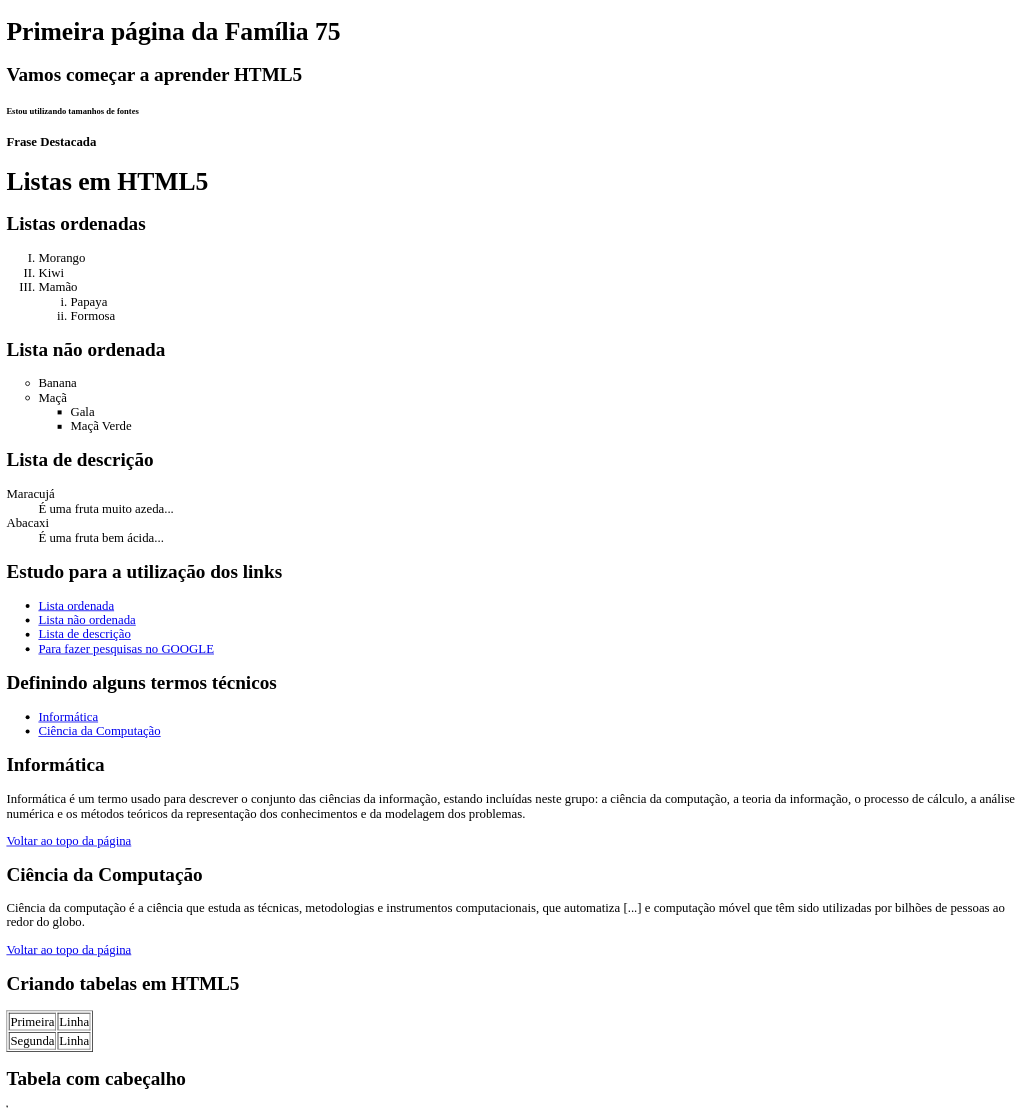
Repository: Thichi99/BootcampGen75
Page: Familia75/index.html
An editor plug-in stored every save of this project. The page is shown before and after a run of saves, followed by the edit.
The browser window is 1280 px wide. The pictures show the whole page, at 80% of full size.

Above is the page before, as saved 2024-07-26 11:39:50.

### Familia75/index.html
<!DOCTYPE html> <!--Estou indicando que é um documento do tipo HTML-->
<html lang="pt-br">
<head>
    <meta charset="UTF-8">
    <meta name="viewport" content="width=device-width, initial-scale=1.0">
    <meta name="author" content="Luís Guerreiro">
    <meta name="description" content="Minha primeira pagina Web -- Olá Mundo!!!">
    <meta name="keywords" content="Pobreza,erradicação,familia">
    <title>Família 75</title>
</head>
<body>
   <h1>Primeira página da Família 75</h1>
   <h2>Vamos começar a aprender HTML5</h2>
   <h6>Estou utilizando tamanhos de fontes</h6>
   <strong>Frase Destacada</strong>
   <h1>Listas em HTML5</h1>
   <h2>Listas ordenadas</h2>
   <ol type="I">
        <li>Morango</li>
        <li>Kiwi</li>
        <li>Mamão
            <ol type="i">
                <li>Papaya</li>
                <li>Formosa</li>
            </ol>
        </li>
   </ol>
   <h2>Lista não ordenada</h2>
   <ul type="circle">
        <li>Banana</li>
        <li>Maçã
            <ul type="square">
                <li>Gala</li>
                <li>Maçã Verde</li>
            </ul>
        </li>
   </ul>
   <h2>Lista de descrição</h2>
   <dl>
        <dt>Maracujá</dt>
        <dd>É uma fruta muito azeda...</dd>
        <dt>Abacaxi</dt>
        <dd>É uma fruta bem ácida...</dd>
   </dl>

   <h2>Estudo para a utilização dos links</h2>
   <ul>
    <li><a href=".\ordenada.html">Lista ordenada</a></li>
    <li><a href=".\naoOrdenada.html">Lista não ordenada</a></li>
    <li><a href=".\listadescricao.html">Lista de descrição</a></li>
    <li><a href="http://google.com" target="_blank">Para fazer pesquisas no GOOGLE</a></li>

   </ul>

   <h2>Definindo alguns termos técnicos</h2>
   <ul>
    <li><a href="#Info1">Informática</a></li>
    <li><a href="#Computação">Ciência da Computação</a></li>
   </ul>
   <a name="Info1" title="Descrição de informática">
    <h2>Informática</h2>
   </a>
   <p>
    Informática é um termo usado para descrever o conjunto das ciências da informação,
estando incluídas neste grupo: a ciência da computação, a teoria da informação, o
processo de cálculo, a análise numérica e os métodos teóricos da representação dos
conhecimentos e da modelagem dos problemas.
   </p>
   <p><a href="#">Voltar ao topo da página</a></p>

   <a name="Computação" title="Ciência da Computação">
    <h2>Ciência da Computação</h2>
   </a>
   <p>
    Ciência da computação é a ciência que estuda as técnicas, metodologias e instrumentos
computacionais, que automatiza [...] e computação móvel que têm sido utilizadas por bilhões de
pessoas ao redor do globo.
   </p>
   <p><a href="#">Voltar ao topo da página</a></p>

   <h2>Criando tabelas em HTML5</h2>
   <table border="1" cellpading="10">
    <tr>
        <td>Primeira</td>
        <td>Linha</td>
    </tr>
    <tr>
        <td>Segunda</td>
        <td>Linha</td>
    </tr>
   </table>

   <h2>Tabela com cabeçalho</h2>
   <table border="1">
    <tr>

    </tr>
   </table>
</body>
</html>

After the next 2 saves:
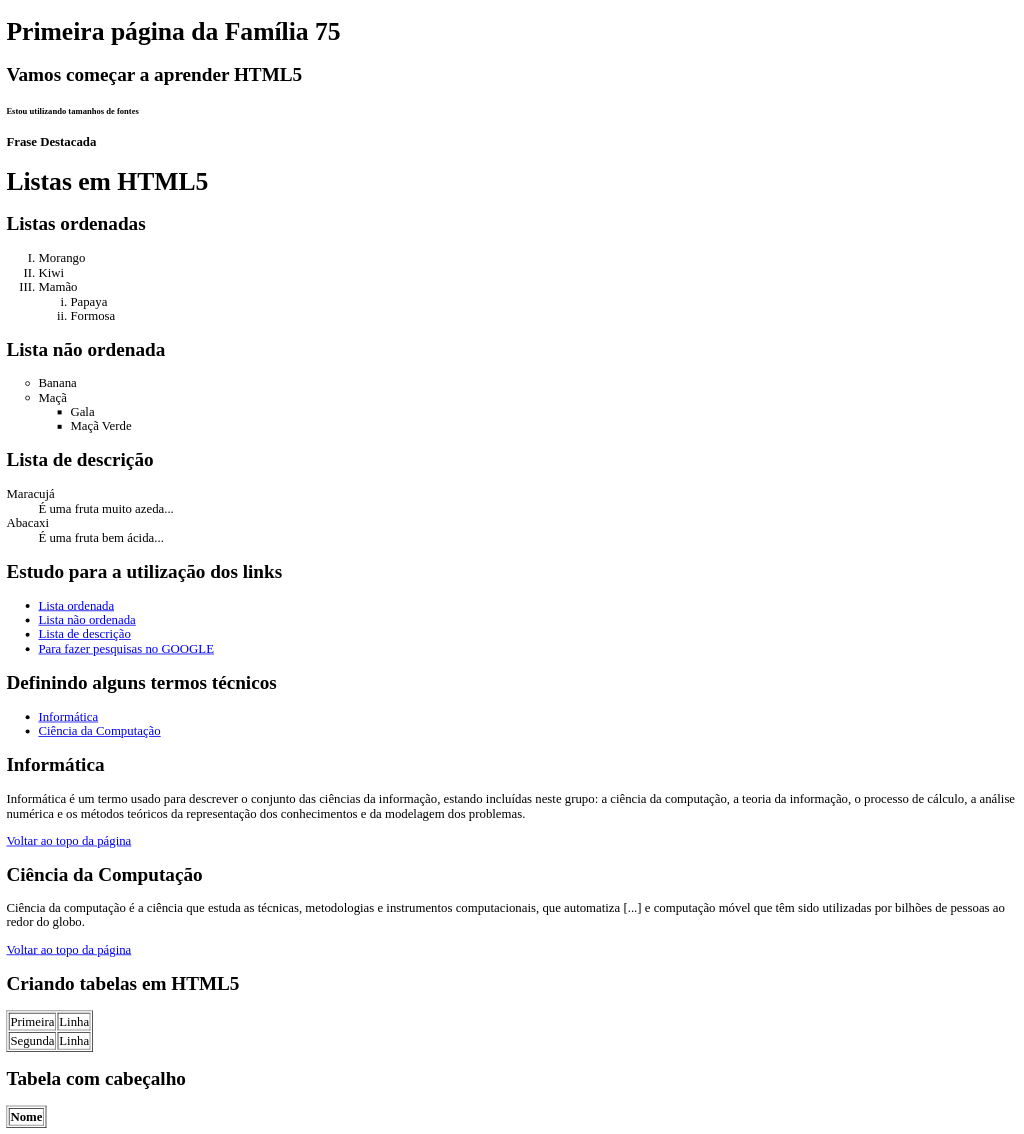
The 2 saves are shown as one change because they came seconds apart.
The last was saved 15 s later.
--- a/Familia75/index.html
+++ b/Familia75/index.html
@@ -93,7 +93,7 @@
    <h2>Tabela com cabeçalho</h2>
    <table border="1">
     <tr>
-
+        <th>Nome</th>
     </tr>
    </table>
 </body>
